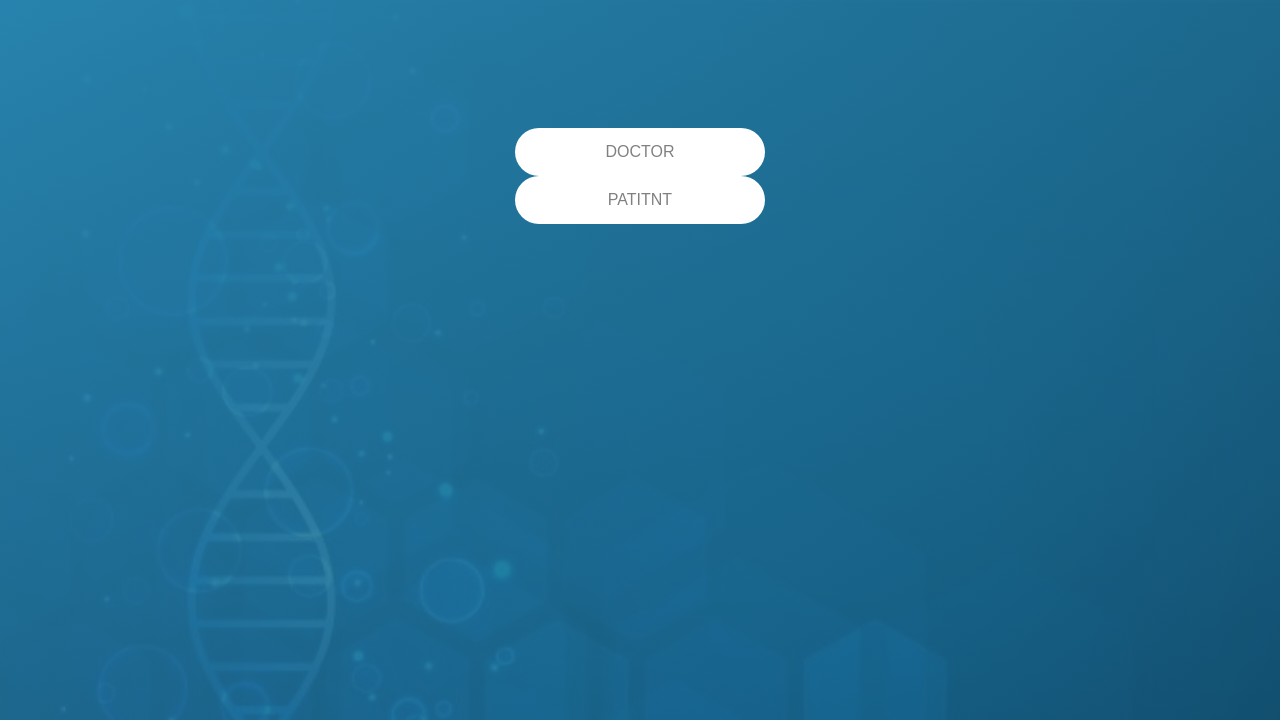
Repository: ajayaj2001/healthcare-digitization
Page: /
These files come from the project's save history. The page is drawn as it stood at one moment and after the next save; the edit follows.
The browser window is 1280 px wide. The pictures show the whole page.
The project was rebuilt for these pictures with package versions that can differ from the ones it lists, and the page was loaded fresh each time.

Above is the page before, as saved 2021-03-12 18:38:58.

### public/index.html
<!DOCTYPE html>
<html lang="en">

<head>
  <meta charset="utf-8" />
  <meta name="viewport" content="width=device-width, initial-scale=1" />
  <meta name="theme-color" content="#000000" />
  <meta name="description" content="Web site created using create-react-app" />
  <link rel="stylesheet" href="https://fonts.googleapis.com/css?family=Roboto:300,400,500,700&display=swap" />
  <link rel="stylesheet" href="https://fonts.googleapis.com/icon?family=Material+Icons" />

  <!--
      manifest.json provides metadata used when your web app is installed on a
      user's mobile device or desktop. See https://developers.google.com/web/fundamentals/web-app-manifest/
    -->
  <!-- <link rel="manifest" href="%PUBLIC_URL%/manifest.json" /> -->
  <!--
      Notice the use of %PUBLIC_URL% in the tags above.
      It will be replaced with the URL of the `public` folder during the build.
      Only files inside the `public` folder can be referenced from the HTML.

      Unlike "/favicon.ico" or "favicon.ico", "%PUBLIC_URL%/favicon.ico" will
      work correctly both with client-side routing and a non-root public URL.
      Learn how to configure a non-root public URL by running `npm run build`.
    -->
  <title>medical</title>
</head>

<body>
  <noscript>You need to enable JavaScript to run this app.</noscript>
  <div id="root"></div>
  <!--
      This HTML file is a template.
      If you open it directly in the browser, you will see an empty page.

      You can add webfonts, meta tags, or analytics to this file.
      The build step will place the bundled scripts into the <body> tag.

      To begin the development, run `npm start` or `yarn start`.
      To create a production bundle, use `npm run build` or `yarn build`.
    -->
</body>

</html>

### src/index.js
import React from 'react';
import ReactDOM from 'react-dom';
import './index.scss';
import App from './component/app/App';

ReactDOM.render(
  <React.StrictMode>
    <App />
  </React.StrictMode>,
  document.getElementById('root')
);

### src/index.scss
code {
  font-family: source-code-pro, Menlo, Monaco, Consolas, "Courier New", monospace;
}
@mixin respond($breakpoint) {
  @if $breakpoint == phone {
    @media (max-width: 37.5em) {
      @content;
    }
  }

  @if $breakpoint == tab-land {
    @media (max-width: 75em) {
      @content;
    }
  }
  @if $breakpoint == tab-port {
    @media (max-width: 56.25em) {
      @content;
    }
  }
  @if $breakpoint == big-desktop {
    @media (min-width: 112.5em) {
      @content;
    }
  }
}

*,
*::after,
*::before {
  margin: 0;
  padding: 0;
  box-sizing: inherit;
}
body {
  font-family: "Lato", sans-serif;
  font-weight: 400;
  font-size: 16px;
  line-height: 1.7;
  color: #777;
  //padding: 30px;
  box-sizing: border-box;
  @include respond(tab-port) {
    padding: 0;
  }
}

html {
  font-size: 62.5%; //1rem=10px 10px/16px=62.5%
  @include respond(tab-land) {
    //width <1200
    font-size: 56.25%; //1rem=9px
  }
  @include respond(tab-port) {
    //<width <900
    font-size: 50%; //1rem=8px
  }
  // @include respond(phone) {
  //     //<width<600
  //     font-size: 40%; //1rem=4.8px
  // }
  @include respond(big-desktop) {
    //>1200
    font-size: 75%; //1rem=12
  }
}

### src/component/app/App.js
import './App.scss';

import UserType from "../userType/UserType";

function App() {
  return (
    <div className="App">
      <UserType />
    </div>
  );
}

export default App;

### src/component/userType/UserType.js
import React from 'react'
import './UserType.scss'

const UserType = () => {
    return (
        <div className="userType">
<div className="userType-buttons">
            <button className="btn btn--white btn--animation" >Doctor</button>
            <button className="btn btn--white btn--animation" >Patitnt</button>
            </div>
        </div>
    )
}

export default UserType

### src/component/userType/UserType.scss
.userType {
    height: 100vh;
    background-image: linear-gradient(to right bottom, #2783ad, rgba(23, 91, 122, 0.774)), url(../../img/img-1.jpg);
    background-size: cover;
    background-position: top;
    position: relative;
}

.btn {

    &,
    &:link,
    &:visited {
        text-decoration: none;
        padding: 1.5rem 3rem;
        text-transform: uppercase;
        display: inline-block;
        border-radius: 10rem;
        transition: all 0.2s;
        position: relative;
        font-size: 1.6rem;
        width: 25rem;
        margin-bottom: 2r0em;
        //for button element

        border: none;
        cursor: pointer;
    }
    &:hover {
        transform: translateY(-0.3rem);
        box-shadow: 0 1rem 2rem rgba(0, 0, 0, 0.3);
        &::after {
            transform: scalex(1.4) scaleY(1.6);
            opacity: 0;
        }
    }
    &:active,
    &:focus {
        outline: none;
        transform: translateY(-0.1rem);
        box-shadow: 0 0.5rem 1rem rgba(0, 0, 0, 0.2);
    }
    &--white {
        background-color: #fff;
        color: grey;
        &::after {
            background-color: #fff;
        }
    }
    &::after {
        content: "";
        display: inline-block;
        border-radius: 10rem;
        transition: all 0.4s;
        height: 100%;
        width: 100%;
        top: 0;
        left: 0;
        position: absolute;
        z-index: -1;
    }
    &--animation {
        animation: moveInBottom 0.5s ease-out 0.75 backwards;
    }
}

.userType-buttons{
    display: flex;
    flex-direction: column;
    align-items: center;
    padding-top: 10%;
}

Loaded but not shown: src/component/app/App.scss (no stored copy; drawn as an empty file)

After the next save:
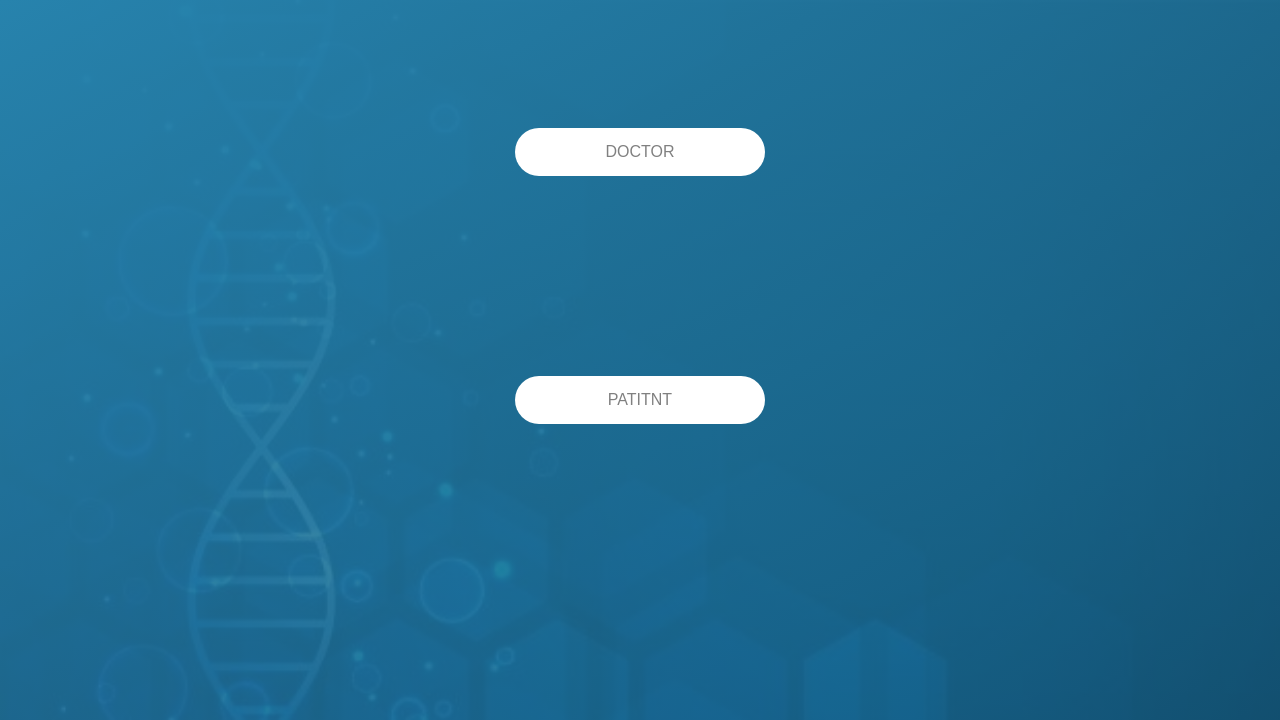
Saved 7 s later.
--- a/src/component/userType/UserType.scss
+++ b/src/component/userType/UserType.scss
@@ -20,7 +20,7 @@
         position: relative;
         font-size: 1.6rem;
         width: 25rem;
-        margin-bottom: 2r0em;
+        margin-bottom: 20rem;
         //for button element
 
         border: none;
